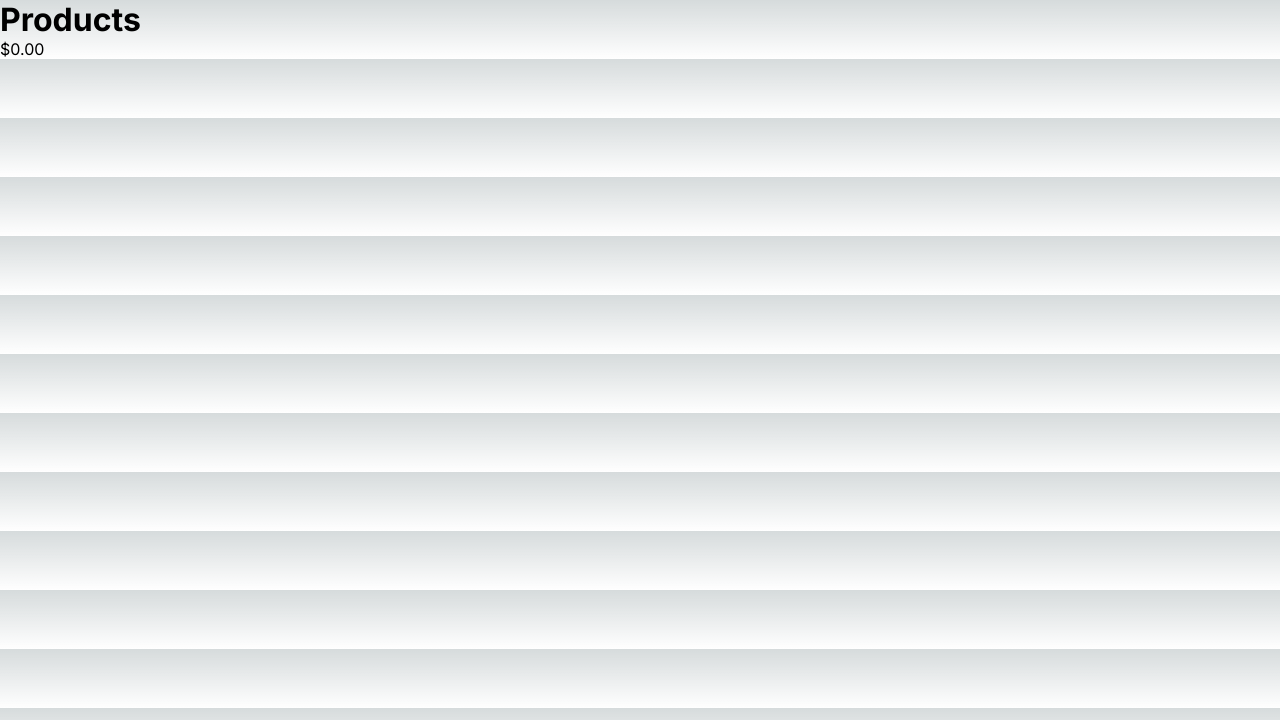
Repository: marcinmac/nextjs-sqlite-example
Page: /
These files come from the project's save history. The page is drawn as it stood at one moment and after the next save; the edit follows.
The browser window is 1280 px wide. The pictures show the whole page.
The page's requests for data from a server got no answer. The project was rebuilt for these pictures with package versions that can differ from the ones it lists, and the page was loaded fresh each time. The framework's server and built-in components were replaced by stand-ins that run in the browser. No one was signed in, and anything a server would have sent is missing. Also part of the build but not shown: next.config.mjs.

Above is the page before, as saved 2024-08-29 13:52:42.

After the next save:
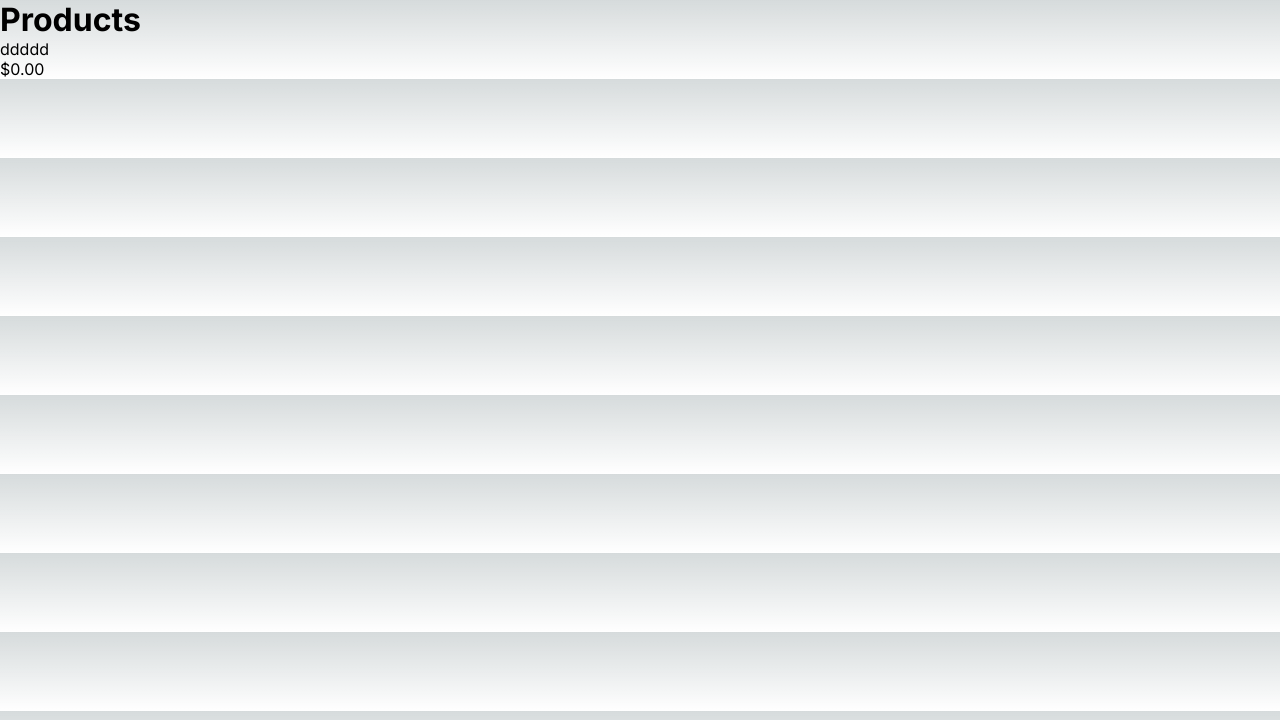
Saved 2 h 31 min later.
--- a/app/page.tsx
+++ b/app/page.tsx
@@ -41,7 +41,7 @@
       <h1>Products</h1>
       <ul>
         {products.map((product) => (
-          <li key={product.id}>
+          <li key={product.id}>ddddd
             <h2>{product.name}</h2>
             <p>{product.description}</p>
             <p>${product.price.toFixed(2)}</p>

After the 2 saves that followed:
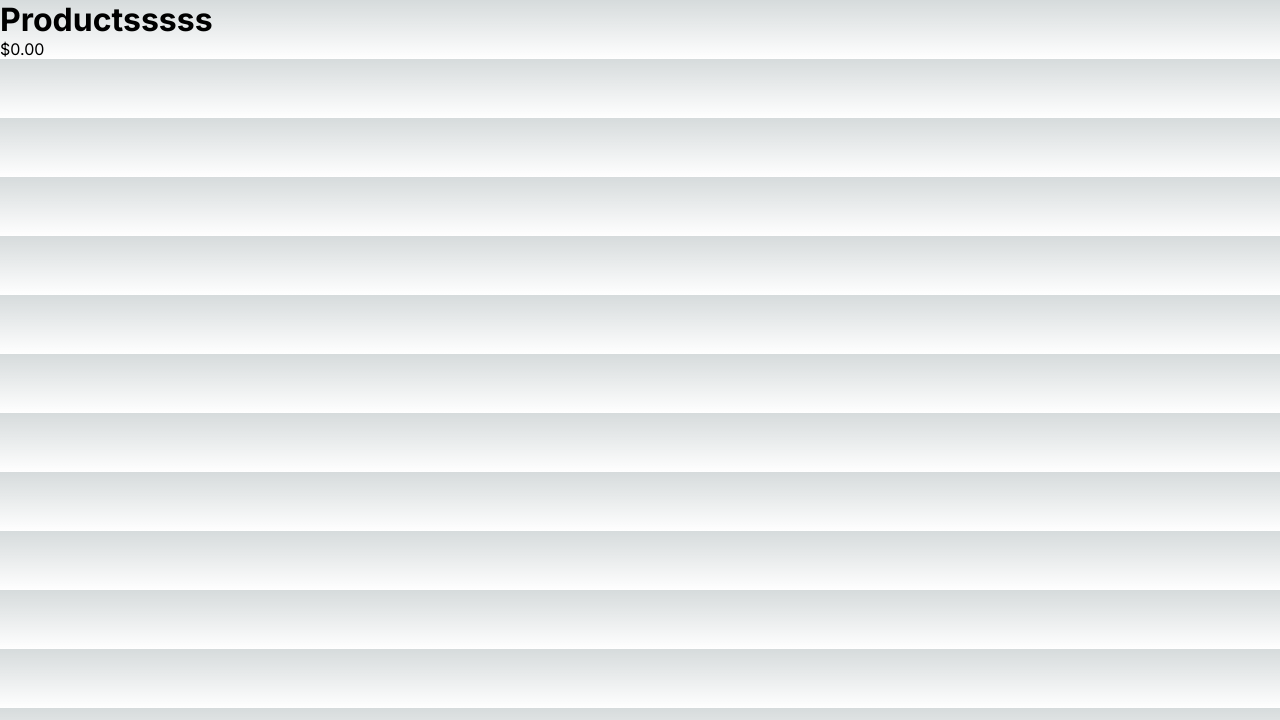
The 2 saves are shown as one change because they came seconds apart.
The last was saved 10 s later.
--- a/app/page.tsx
+++ b/app/page.tsx
@@ -38,10 +38,10 @@
 
   return (
     <div>
-      <h1>Products</h1>
+      <h1>Productsssss</h1>
       <ul>
         {products.map((product) => (
-          <li key={product.id}>ddddd
+          <li key={product.id}>
             <h2>{product.name}</h2>
             <p>{product.description}</p>
             <p>${product.price.toFixed(2)}</p>
